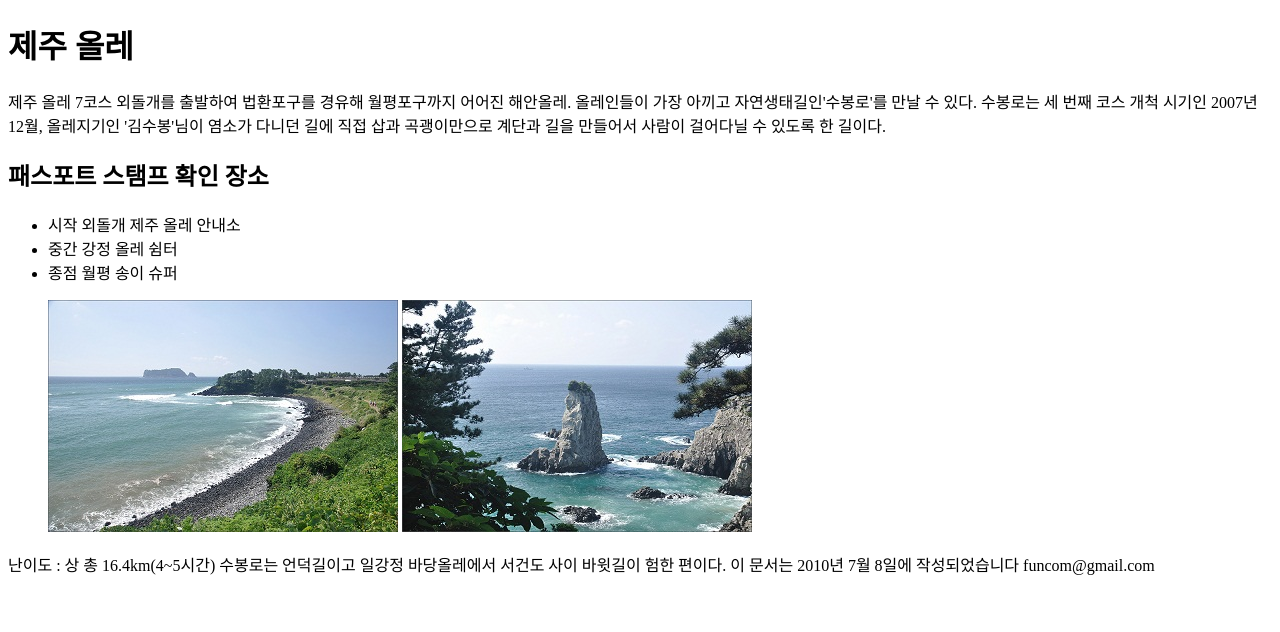
Repository: jinaa11/Kcc_Web
Page: Html/WebContent/sample2.html
An editor plug-in stored every save of this project. The page is shown before and after the next save, followed by the edit.
The browser window is 1280 px wide. The pictures show the whole page.

Above is the page before, as saved 2024-07-08 07:13:18.

After the next save:
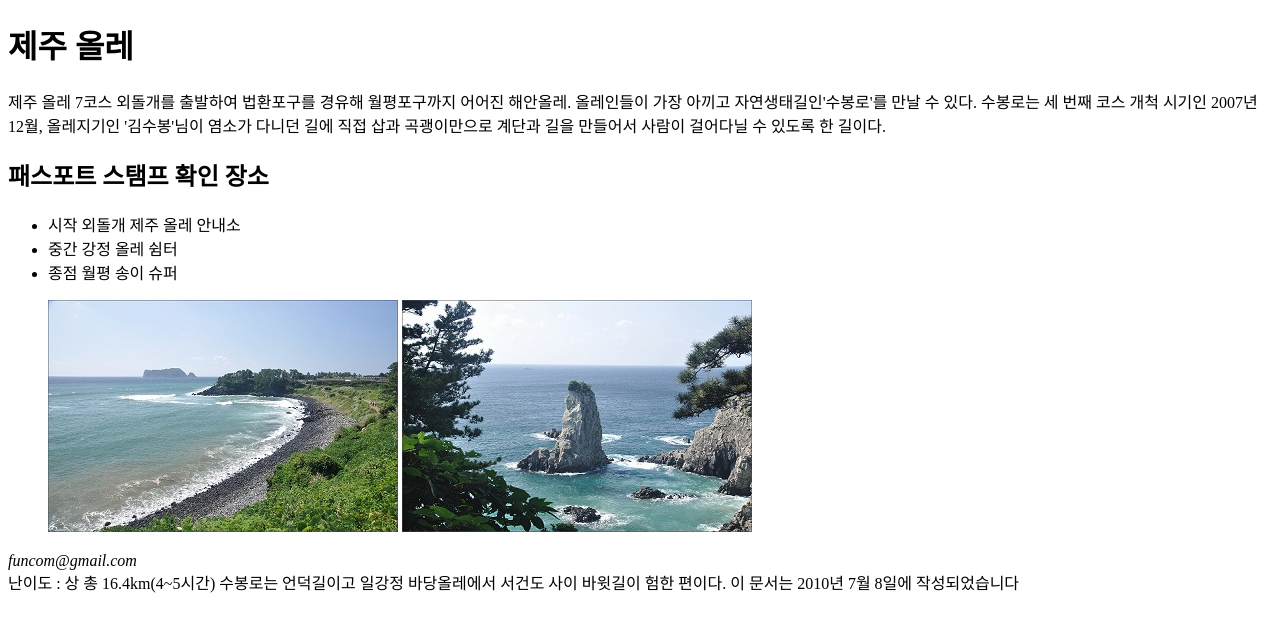
Saved 2 min 37 s later.
--- a/Html/WebContent/sample2.html
+++ b/Html/WebContent/sample2.html
@@ -30,7 +30,11 @@
     <img src="images/road2.jpg">
 </figure>
 
-
+<footer>
+	<address>
+		funcom@gmail.com
+	</address>
+</footer>
 
 
 
@@ -44,6 +48,6 @@
 
 이 문서는 2010년 7월 8일에 작성되었습니다
 <!-- 주소 태그 -->
-funcom@gmail.com
+
 </body>
 </html>
